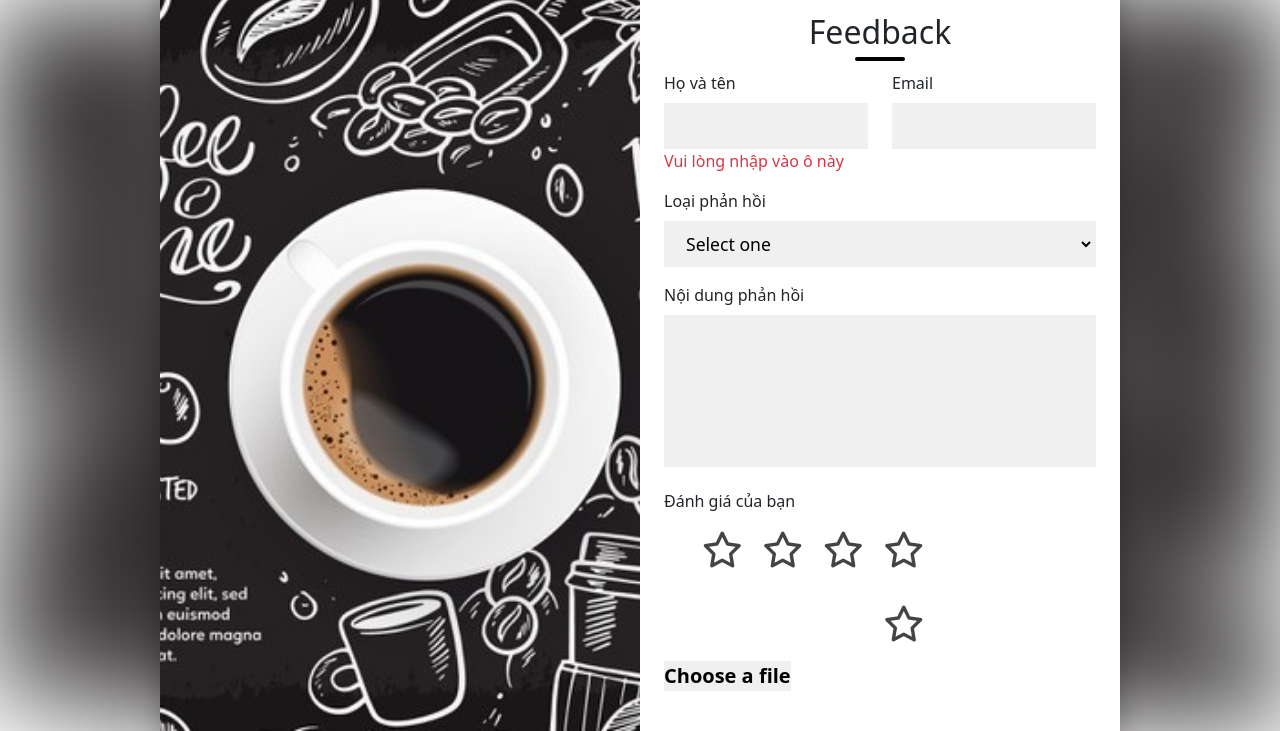
Repository: LeDongGyC/html-css
Page: HTML CSS/prototype/index.html
An editor plug-in stored every save of this project. The page is shown before and after a run of saves, followed by the edit.
The browser window is 1280 px wide. The pictures show the whole page.
Some web libraries are served in a nearby version. The style sheet was rebuilt from its Sass, Less or Tailwind sources for each picture, by a compiler version that may differ from the author's.

Above is the page before, as saved 2023-05-24 12:13:12.

After the next 2 saves:
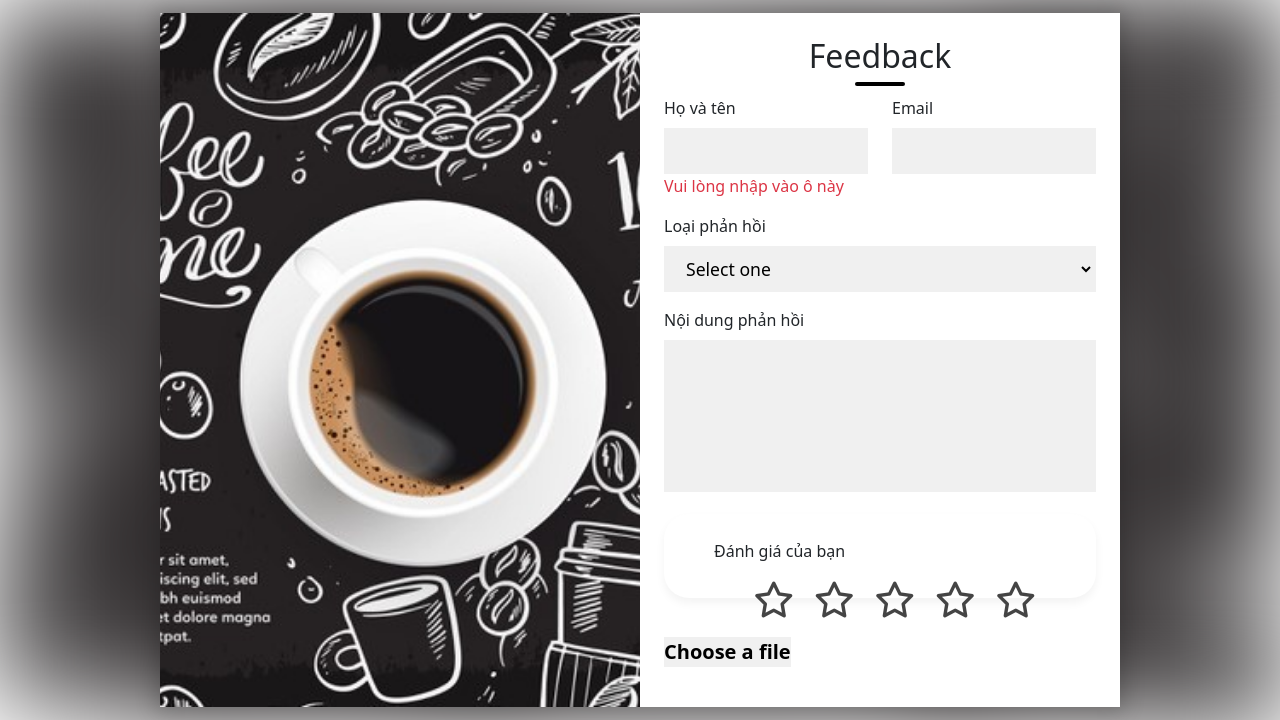
The 2 saves are shown as one change because they came seconds apart.
The last was saved 49 s later.
--- a/HTML CSS/prototype/style.scss
+++ b/HTML CSS/prototype/style.scss
@@ -117,8 +117,13 @@ body {
   background-color: rgba(0, 0, 0, 0.1);
 }
 div.stars {
-  width: 270px;
-  display: inline-block;
+  // width: 270px;
+  // display: inline-block;
+  position: relative;
+  background: #fff;
+  padding: 25px 50px 35px;
+  border-radius: 25px;
+  box-shadow: 0 5px 10px rgba(0, 0, 0, 0.05);
 }
 
 input.star { display: none; }
